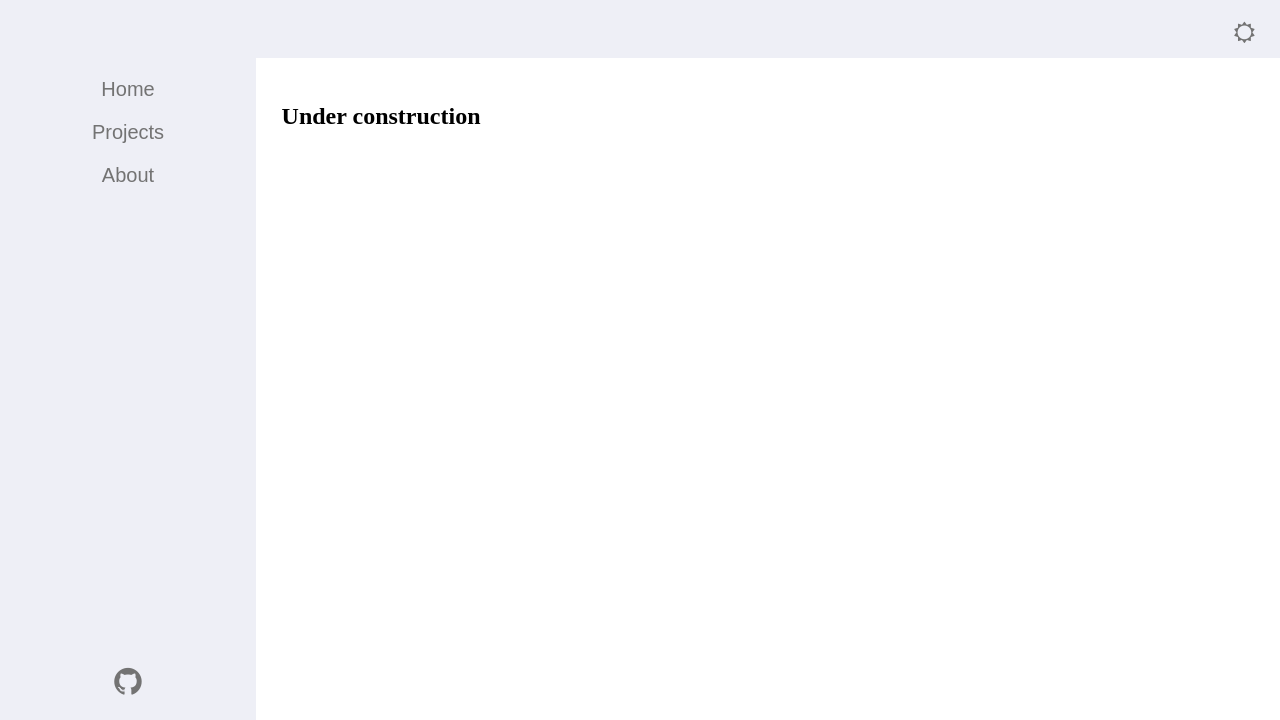
Repository: josephinel6/josephinel6.github.io
Page: index.html
An editor plug-in stored every save of this project. The page is shown before and after the next save, followed by the edit.
The browser window is 1280 px wide. The pictures show the whole page.

Above is the page before, as saved 2023-04-06 12:42:38.

### index.html
<!DOCTYPE html>
<html>
<zero-md>
    <template data-merge="append">
        <style>
            p {
                color: var(--color-gen-text) !important;
            }
        </style>
    </template>
</zero-md>

<head>
    <style>
        :root.light {
            --color-bg: #eeeff6;
            --color-menu-text: #737373;
            --color-page-bg: white;
            --color-obj-bg: #f1f2f3;
            --color-title-text: #737373;
            --color-gen-text: #737373;
            --color-menu-hover: darkgrey;
            --color-title-hover: darkgrey;
        }

        :root.dark {
            --color-bg: #212121;
            --color-menu-text: #D3D3D3;
            --color-page-bg: #333333;
            --color-obj-bg: #403f3f;
            --color-title-text: #D3D3D3;
            --color-gen-text: white;
            --color-menu-hover: grey;
            --color-title-hover: grey;
        }

        /* :root {
            --color-bg: black;
        } */

        html,
        body {
            height: 100%;
            width: 100%;
            overflow-x: hidden;

            margin: 0;
            position: relative;
            /* border-color: blue;
            border-radius: 10px;
            border-style: solid; */
            padding: 0;
        }

        #menu {
            height: 100%;
            width: 20%;
            position: absolute;
            z-index: 1;
            top: 0;
            bottom: 0;
            background-color: var(--color-bg);
        }

        #topbar {
            width: 100%;
            height: 8%;
            background-color: var(--color-bg);
            position: absolute;
        }

        .menutext {
            color: var(--color-menu-text);
            font-family: sans-serif;
            font-size: 20px;
        }

        .menutext:hover {
            cursor: pointer;
            color: var(--color-menu-hover);
        }

        .fa-github {
            color: var(--color-menu-text);
        }

        .fa-github:hover {
            color: var(--color-menu-hover);
        }

        .div.markdown-body {
            color: var(--color-gen-text) !important;
        }

        #window {
            background-color: var(--color-page-bg);
            position: absolute;
            height: 92%;
            overflow: hidden;
            width: 80%;
            right: 0;
            bottom: 0;
        }

        .markdownpg {
            color: white !important;
        }

        .tabcontent {
            height: 100%;
            width: 100%;
            position: absolute;
            overflow-y: scroll;
            margin-top: 2.5%;
            margin-left: 2.5%;
        }

        .projectbutton {
            /* height: 175px; */
            width: 95%;
            position: absolute;
            background-color: var(--color-obj-bg);
            border-radius: 10px;
            font-family: sans-serif;
            font-size: 30px;
        }

        .projectbutton:hover {
            cursor: pointer;
        }

        .projectbutton:hover>.projectbuttontitle {
            color: var(--color-title-hover);
        }

        .projectbutton:hover>.projectbuttondesc {
            color: var(--color-title-hover);
        }

        .projectbuttontitle {
            margin-left: 3%;
            margin-top: 3%;
            margin-bottom: -1.5%;
            color: var(--color-title-text);
        }

        #day-night {
            color: var(--color-menu-text);
            z-index: 2;
            position: absolute;
            top: 25px;
            right: 25px;
        }

        .projectbuttondesc {
            font-family: sans-serif;
            font-size: 20px;
            margin: 3%;
            color: var(--color-gen-text);
        }

        #day-night:hover {
            cursor: pointer;
            color: var(--color-menu-hover)
        }

        /* .fa-2x {
            height: 20px !important;
        } */
    </style>
    <link rel="stylesheet" href="https://cdnjs.cloudflare.com/ajax/libs/font-awesome/4.7.0/css/font-awesome.min.css">
    <script type="module" src="https://cdn.jsdelivr.net/gh/zerodevx/zero-md@2/dist/zero-md.min.js"></script>
    <script type="module" src="https://md-block.verou.me/md-block.js"></script>
</head>

<body>
    <div id="menu">
        <div style="position:absolute; top: 8%; width: 100%; text-align: center;">

            <p class="menutext" onclick="openpage('homepage')"> Home </p>
            <p class="menutext" onclick="openpage('projectbuttons')"> Projects </p>
            <p class="menutext" onclick="openpage('aboutpage')"> About </p>

        </div>

        <div style="position:absolute; bottom:3%; width: 100%; text-align: center;">
            <a href="https://github.com/josephinel6" class="fa fa-github fa-2x" style="text-decoration: none;"></a>
        </div>
    </div>
    <div id="topbar">
        <i onclick="daynight()" class="fa fa-sun-o fa-lg" id="day-night"></i>
    </div>
    <div id="window">
        <div id="homepage" class="tabcontent">
            <h2> Under construction </h2>
        </div>
        <div id="projectbuttons" class="tabcontent">
            <div class="projectbutton" onclick="openpage('weatherAPI')">
                <h2 class="projectbuttontitle"> Weather API </h2>
                <p class="projectbuttondesc"> My first project with APIs. </p>
            </div>
        </div>
        <zero-md src="https://josephinel6.github.io/weatherAPI.md" class="tabcontent markdownpg"
            id="weatherAPI"></zero-md>
        <div class="tabcontent" id="aboutpage">
            <zero-md src="https://josephinel6.github.io/about.md" class="markdownpg"></zero-md>
        </div>
        <script>
            var night;

            tabcontent = document.getElementsByClassName("tabcontent");
            for (i = 0; i < tabcontent.length; i++) {
                tabcontent[i].style.display = "none";
            }

            window.onload = function () {
                var night = false;
                document.documentElement.classList.remove("dark")
                document.documentElement.classList.add("light")
                window.localStorage.setItem('mode', 'light');
                // var night = true;
                // document.documentElement.classList.remove("light")
                // document.documentElement.classList.add("dark")
                // window.localStorage.setItem('mode', 'dark');
                console.log("dark")
                document.getElementById("homepage").style.display = "block";
            }

            function openpage(pageName) {
                var i, tabcontent, tablinks;
                tabcontent = document.getElementsByClassName("tabcontent");
                for (i = 0; i < tabcontent.length; i++) {
                    tabcontent[i].style.display = "none";
                }
                tablinks = document.getElementsByClassName("tablink");
                for (i = 0; i < tablinks.length; i++) {
                    tablinks[i].style.backgroundColor = "";
                }
                document.getElementById(pageName).style.display = "block";

                document.body.scrollTop = 0;
                document.documentElement.scrollTop = 0;
            }

            function daynight() {
                var daynight = document.getElementById("day-night");
                if (night == true) {
                    daynight.classList.remove("fa-sun-o");
                    daynight.classList.add("fa-moon-o");
                    night = false;
                    document.documentElement.classList.remove("dark")
                    document.documentElement.classList.add("light")
                    window.localStorage.setItem('mode', 'light');
                }
                else {
                    daynight.classList.remove("fa-moon-o");
                    daynight.classList.add("fa-sun-o");
                    night = true;
                    document.documentElement.classList.remove("light")
                    document.documentElement.classList.add("dark")
                    window.localStorage.setItem('mode', 'dark');
                }
            }
        </script>

</body>

</html>

After the next save:
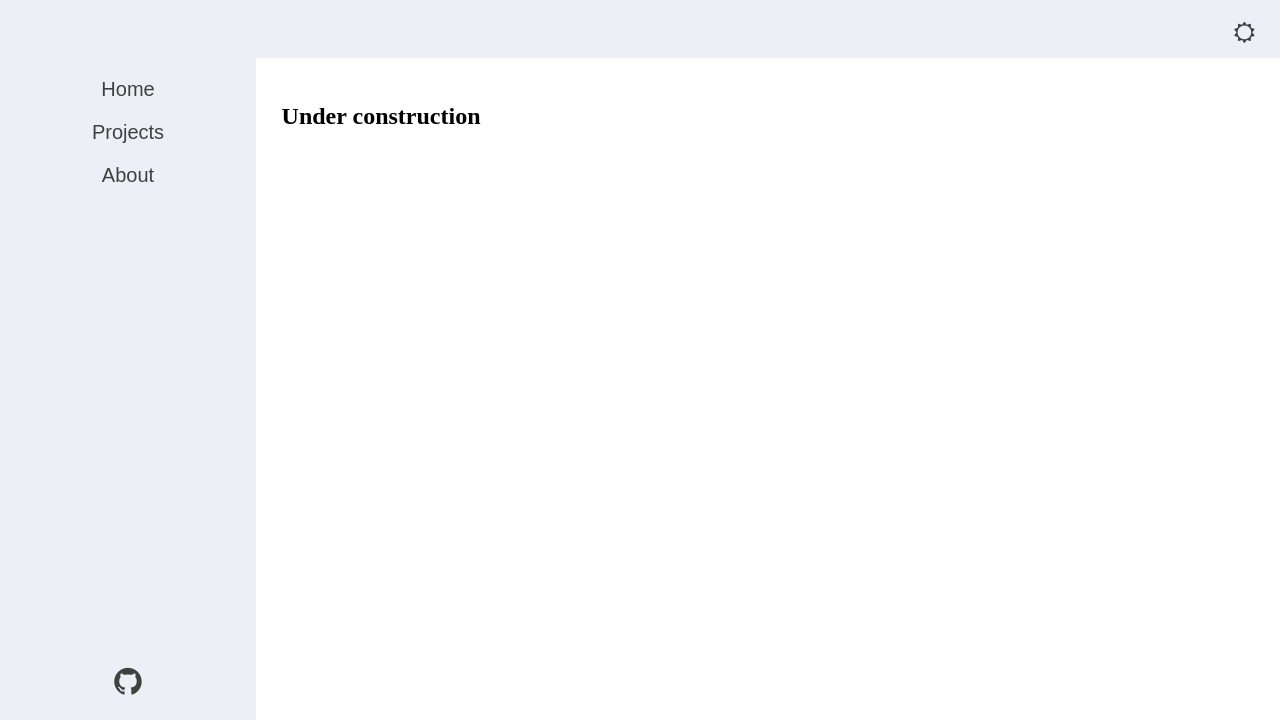
Saved 25 s later.
--- a/index.html
+++ b/index.html
@@ -14,11 +14,11 @@
     <style>
         :root.light {
             --color-bg: #eeeff6;
-            --color-menu-text: #737373;
+            --color-menu-text: #404040;
             --color-page-bg: white;
             --color-obj-bg: #f1f2f3;
-            --color-title-text: #737373;
-            --color-gen-text: #737373;
+            --color-title-text: #404040;
+            --color-gen-text: #404040;
             --color-menu-hover: darkgrey;
             --color-title-hover: darkgrey;
         }
